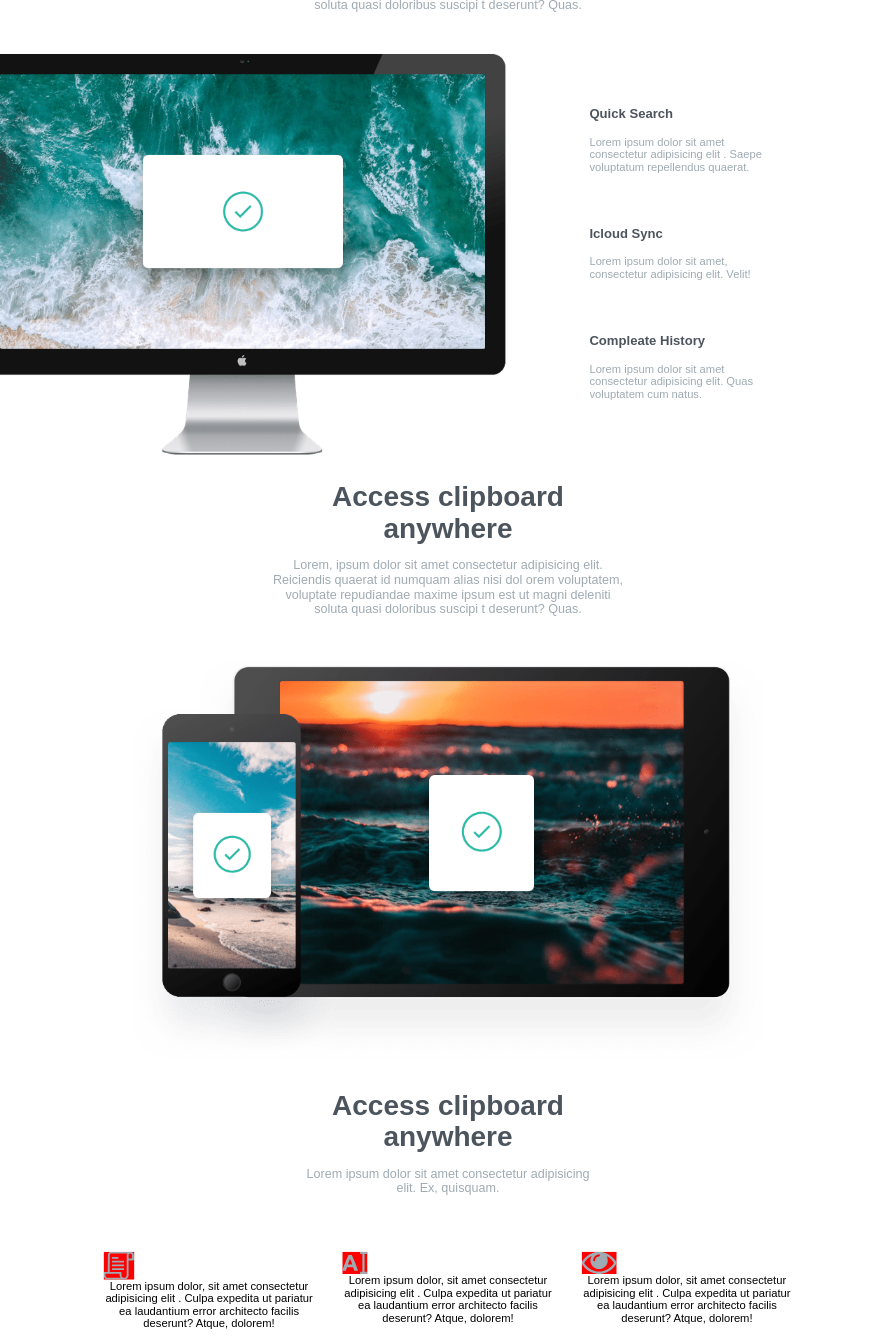
Repository: AbuMulla-Mohammad/clipboard
Page: index.html
The author's editor kept a copy of each file at every save. The page is drawn from the files as they stood at one save, then again after the next save.
The browser window is 1280 px wide. The pictures show the part of the page from y = 793 to 2713 px (the page is 2713 px tall), at 70% of full size.
Some web fonts or font styles are not loaded; a fallback is used.

Above is the page before, as saved 2023-11-01 11:01:29.

After the next save:
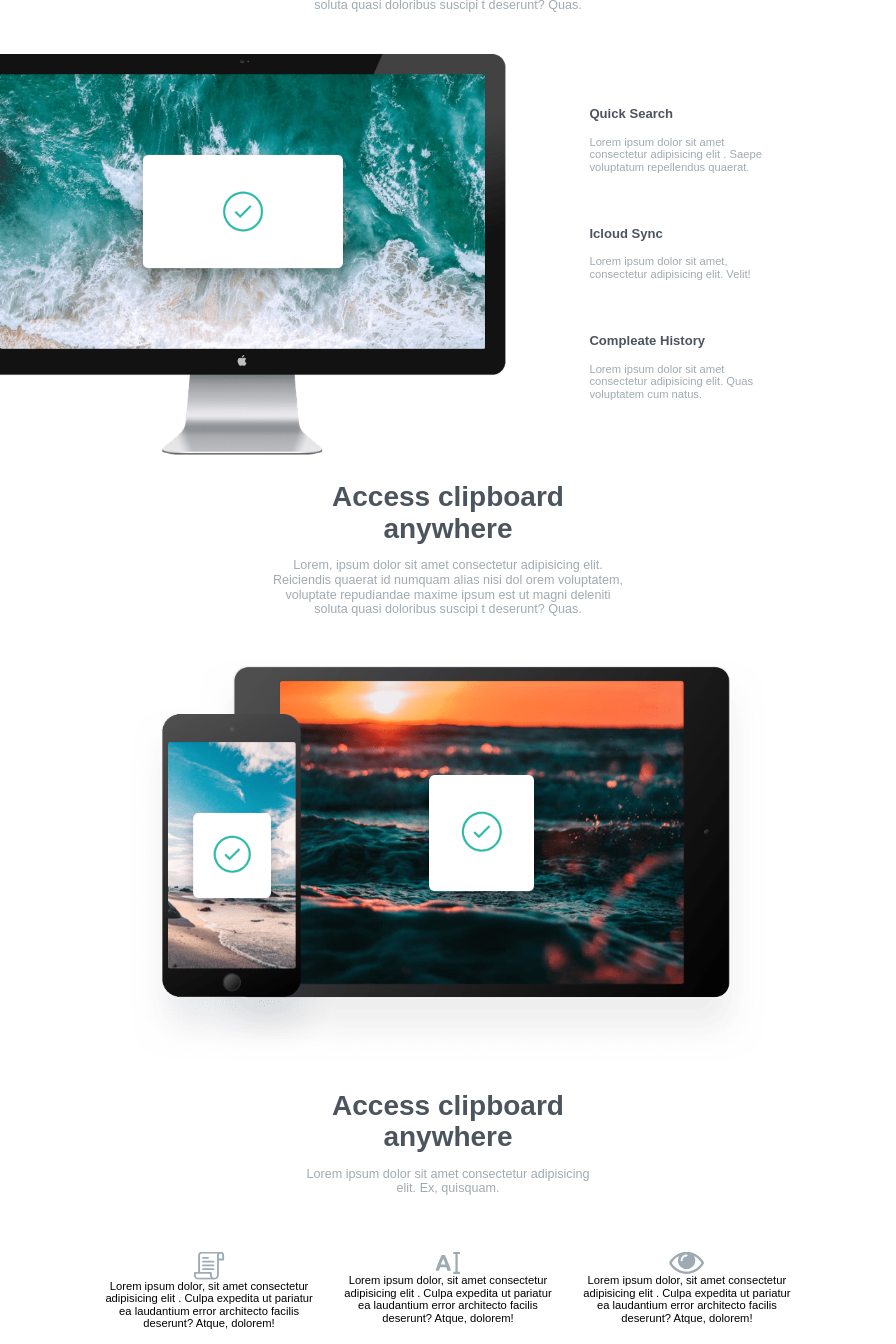
Saved 16 s later.
--- a/css/style.css
+++ b/css/style.css
@@ -133,6 +133,6 @@
     overflow: hidden;
 }
 .workflow .workflow-items .item img{
-    background-color: red;
+    margin: auto;
 }
 /* end workflow */
